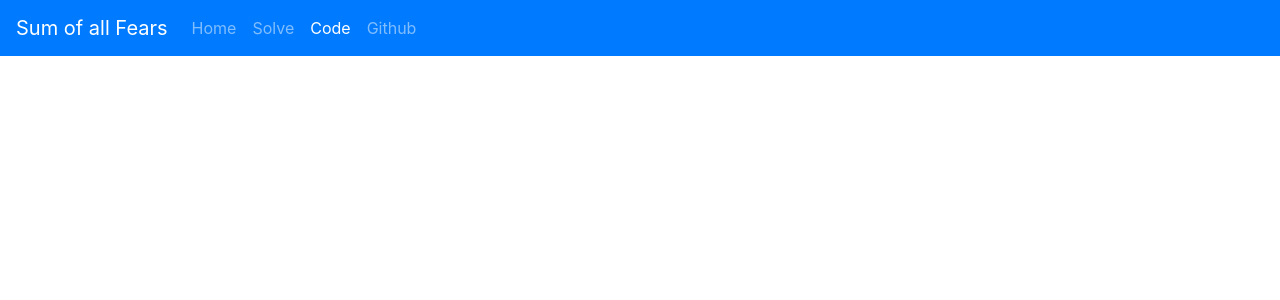
Repository: zhadjah9559/BrainBufferOverflow
Page: code.html
An editor plug-in stored every save of this project. The page is shown before and after the next save, followed by the edit.
The browser window is 1280 px wide. The pictures show the whole page.

Above is the page before, as saved 2021-01-18 00:42:41.

### code.html
<!doctype html>
<html lang="en">
  <head>
    <title>Title</title>
    <!-- Required meta tags -->
    <meta charset="utf-8">
    <meta name="viewport" content="width=device-width, initial-scale=1, shrink-to-fit=no">

    <!-- Bootstrap CSS -->
    <link rel="stylesheet" href="https://stackpath.bootstrapcdn.com/bootstrap/4.3.1/css/bootstrap.min.css" integrity="sha384-ggOyR0iXCbMQv3Xipma34MD+dH/1fQ784/j6cY/iJTQUOhcWr7x9JvoRxT2MZw1T" crossorigin="anonymous">
  </head>
  <body>

    <nav class="navbar navbar-expand-sm navbar-dark bg-primary">
        <a class="navbar-brand" href="#">Sum of all Fears</a>
        <button class="navbar-toggler d-lg-none" type="button" data-toggle="collapse" data-target="#collapsibleNavId" aria-controls="collapsibleNavId"
            aria-expanded="false" aria-label="Toggle navigation"></button>
        <div class="collapse navbar-collapse" id="collapsibleNavId">
            <ul class="navbar-nav mr-auto mt-2 mt-lg-0">
                <li class="nav-item">
                    <a class="nav-link" href="index.html">Home </a>
                </li>
                <li class="nav-item">
                    <a class="nav-link" href="solve.html">Solve</a>
                </li>
                 <li class="nav-item active">
                    <a class="nav-link" href="code.html">Code <span class="sr-only">(current)</span></a>



                </li> <li class="nav-item">
                    <a class="nav-link" href="#">Github</a>
                </li>

            </ul>
        </div>
    </nav>


    <!-- Optional JavaScript -->
    <!-- jQuery first, then Popper.js, then Bootstrap JS -->
    <script src="https://code.jquery.com/jquery-3.3.1.slim.min.js" integrity="sha384-q8i/X+965DzO0rT7abK41JStQIAqVgRVzpbzo5smXKp4YfRvH+8abtTE1Pi6jizo" crossorigin="anonymous"></script>
    <script src="https://cdnjs.cloudflare.com/ajax/libs/popper.js/1.14.7/umd/popper.min.js" integrity="sha384-UO2eT0CpHqdSJQ6hJty5KVphtPhzWj9WO1clHTMGa3JDZwrnQq4sF86dIHNDz0W1" crossorigin="anonymous"></script>
    <script src="https://stackpath.bootstrapcdn.com/bootstrap/4.3.1/js/bootstrap.min.js" integrity="sha384-JjSmVgyd0p3pXB1rRibZUAYoIIy6OrQ6VrjIEaFf/nJGzIxFDsf4x0xIM+B07jRM" crossorigin="anonymous"></script>
  </body>
</html>

After the next save:
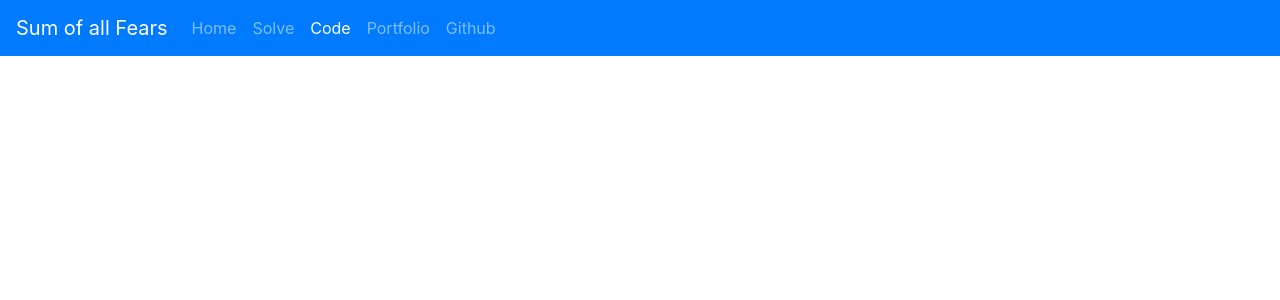
Saved 4 s later.
--- a/code.html
+++ b/code.html
@@ -26,7 +26,9 @@
                  <li class="nav-item active">
                     <a class="nav-link" href="code.html">Code <span class="sr-only">(current)</span></a>
 
-
+                    <li class="nav-item">
+                        <a class="nav-link" href="#">Portfolio</a>
+                    </li>
 
                 </li> <li class="nav-item">
                     <a class="nav-link" href="#">Github</a>
